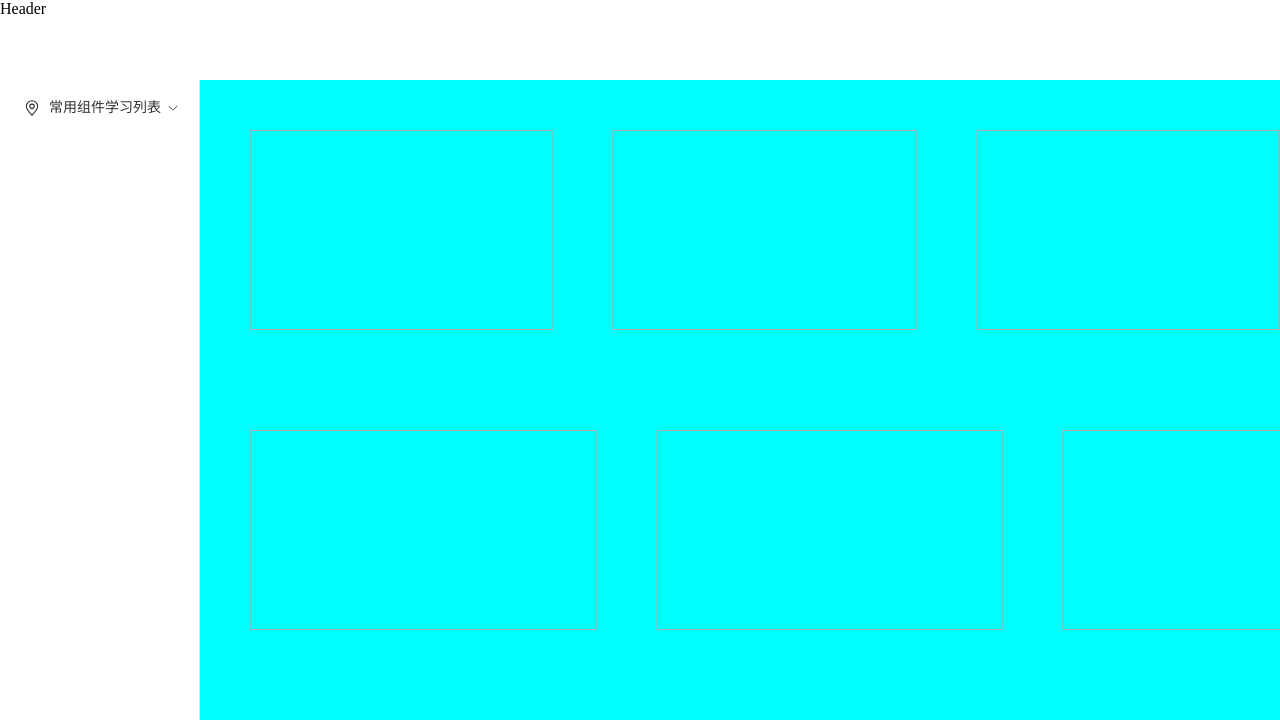
Repository: 553559555/vue3-project
Page: /#/index (app in vue3-app/)
These files come from the project's save history. The page is drawn as it stood at one moment and after the next save; the edit follows.
The browser window is 1280 px wide. The pictures show the whole page.
An inner scrolling area shows only its first screen. The project was rebuilt for these pictures with package versions that can differ from the ones it lists, and the page was loaded fresh each time. Also part of the build but not shown: vue3-app/vite.config.ts.

Above is the page before, as saved 2025-03-24 10:58:08.

### vue3-app/src/main.ts
import { createApp } from 'vue'
import ElementPlus from 'element-plus'
import 'element-plus/dist/index.css'
import router from './router'
import pinia from './stores'
import './style.css'
import App from './App.vue'

const app = createApp(App)
app.use(ElementPlus)
app.use(router)
app.use(pinia)

app.mount('#app')

### vue3-app/src/router/index.ts
import { createRouter, createWebHashHistory, createWebHistory } from 'vue-router'
import type { RouteRecordRaw } from 'vue-router'

const routes: Array<RouteRecordRaw> = [
  {
    path: '/',
    name: 'Login',
    component: () => import('../views/login.vue')
  },
  {
    path: '/index',
    name: 'index',
    component: () => import('../views/index.vue'),
    children: [
      {
        path: '',
        name: 'Home',
        component: () => import('../views/Home.vue')
      },
      {
        path: '/about',
        name: 'About',
        component: () => import('../views/About.vue')
      }
    ]
  }

]

const router = createRouter({
  history: createWebHashHistory(),
  routes
})

export default router

### vue3-app/src/stores/index.ts
import { createPinia } from 'pinia'

const pinia = createPinia()

export default pinia

### vue3-app/src/style.css
/* CSS 重置 */
* {
  margin: 0;
  padding: 0;
  box-sizing: border-box;
}

### vue3-app/src/App.vue
<script setup lang="ts">
import { RouterView } from 'vue-router'
</script>

<template>
    <router-view />
</template>

### vue3-app/src/views/index.vue
<template>
    <div>
        <el-header>Header</el-header>
        <el-container>
            <el-aside width="200px">
                <home-left />
            </el-aside>
            <el-main>
                <router-view>
                </router-view>
            </el-main>
        </el-container>
    </div>
</template>

<script setup>

import { RouterView } from 'vue-router'
import HomeLeft from './components/home-left.vue'

</script>



<style scoped lang="scss">
div {
    width: 100vw;
    height: 100vh;
    box-sizing: border-box;

    .el-header {
        height: 80px;
        padding: 0;
    }


    .el-container {
        height: calc(100vh - 80px);
    }

    .el-main {
        margin: 0px;
        padding: 0px;
        width: 100%;
        height: 100%;
    }
}
</style>

### vue3-app/src/views/Home.vue
<template>
  <div class="home-container">
    <el-row class="row">
      <el-col :span="7">
        <div class="grid-content ep-bg-purple-dark" />
      </el-col>
      <el-col :span="7">
        <div class="grid-content ep-bg-purple-dark" />
      </el-col>
      <el-col :span="7">
        <div class="grid-content ep-bg-purple-dark" />
      </el-col>
    </el-row>

    <el-row class="row">
      <el-col :span="8">
        <div class="grid-content ep-bg-purple-dark" />
      </el-col>
      <el-col :span="8">
        <div class="grid-content ep-bg-purple-dark" />
      </el-col>
      <el-col :span="8">
        <div class="grid-content ep-bg-purple-dark" />
      </el-col>
    </el-row>

    <el-row class="row">
      <el-col :span="8">
        <div class="grid-content ep-bg-purple-dark" />
      </el-col>
      <el-col :span="8">
        <div class="grid-content ep-bg-purple-dark" />
      </el-col>
      <el-col :span="8">
        <div class="grid-content ep-bg-purple-dark" />
      </el-col>
    </el-row>

  </div>
</template>

<script lang="ts" setup>

</script>

<style scoped lang="scss">
.home-container {
  width: 100%;
  height: 100%;
  background-color: aqua;
  box-sizing: border-box;

  .row {
    padding: 20px;
    height: 300px;
    flex-wrap: nowrap;
    box-sizing: border-box;

    .el-col {
      margin: 30px;
      border: solid 1px #aaa;
    }
  }
}
</style>

### vue3-app/src/views/components/home-left.vue
<template>
    <div class="home-left-container">
        <el-menu default-active="2" class="el-menu-vertical-demo" @open="handleOpen" @close="handleClose"
            @select="handleSelect">
            <el-sub-menu v-for="(items, index) in listData" :index="items.name" :key="index">
                <template #title>
                    <el-icon>
                        <location />
                    </el-icon>
                    <span>{{ items.name }}</span>
                </template>
                <el-menu-item v-for="(item, index) in items.children" :index="item.name" :key="index">
                    <el-icon>
                        <location />
                    </el-icon>
                    <span>{{ item.name }}</span>
                </el-menu-item>
            </el-sub-menu>
        </el-menu>
    </div>
</template>

<script setup>
import { Location } from "@element-plus/icons-vue";

import { reactive, ref } from "vue";
const listData = reactive([
    {
        name: "常用组件学习列表",
        children: [
            {
                name: 'button'
            },
            {
                name: 'input'
            }
        ],
    },
]);
const isCollapse = ref(true);
const handleOpen = (key, keyPath) => {
    console.log(key, keyPath);
};
const handleClose = (key, keyPath) => {
    console.log(key, keyPath);
};

const handleSelect = (key, keyPath) => {
    console.log(key, keyPath);
};
</script>

<style scoped lang="scss">
.home-left-container {
    height: 100%;
    width: 100%;
    background-color: #fff;

    .el-menu-vertical-demo:not(.el-menu--collapse) {
        width: 200px;
        min-height: 100%;
    }
}
</style>

Loaded but not shown: vue3-app/index.html (common file)

After the next save:
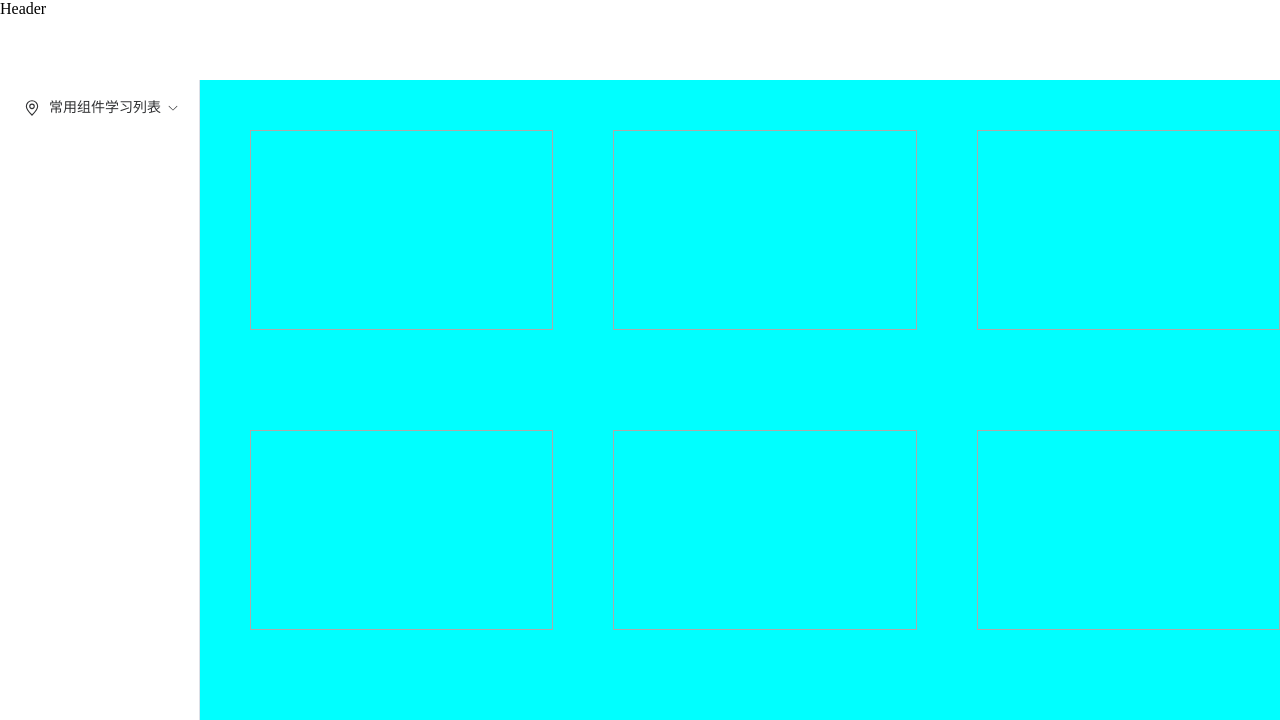
Saved 17 s later.
--- a/vue3-app/src/views/Home.vue
+++ b/vue3-app/src/views/Home.vue
@@ -13,25 +13,25 @@
     </el-row>
 
     <el-row class="row">
-      <el-col :span="8">
+      <el-col :span="7">
         <div class="grid-content ep-bg-purple-dark" />
       </el-col>
-      <el-col :span="8">
+      <el-col :span="7">
         <div class="grid-content ep-bg-purple-dark" />
       </el-col>
-      <el-col :span="8">
+      <el-col :span="7">
         <div class="grid-content ep-bg-purple-dark" />
       </el-col>
     </el-row>
 
     <el-row class="row">
-      <el-col :span="8">
+      <el-col :span="7">
         <div class="grid-content ep-bg-purple-dark" />
       </el-col>
-      <el-col :span="8">
+      <el-col :span="7">
         <div class="grid-content ep-bg-purple-dark" />
       </el-col>
-      <el-col :span="8">
+      <el-col :span="7">
         <div class="grid-content ep-bg-purple-dark" />
       </el-col>
     </el-row>
